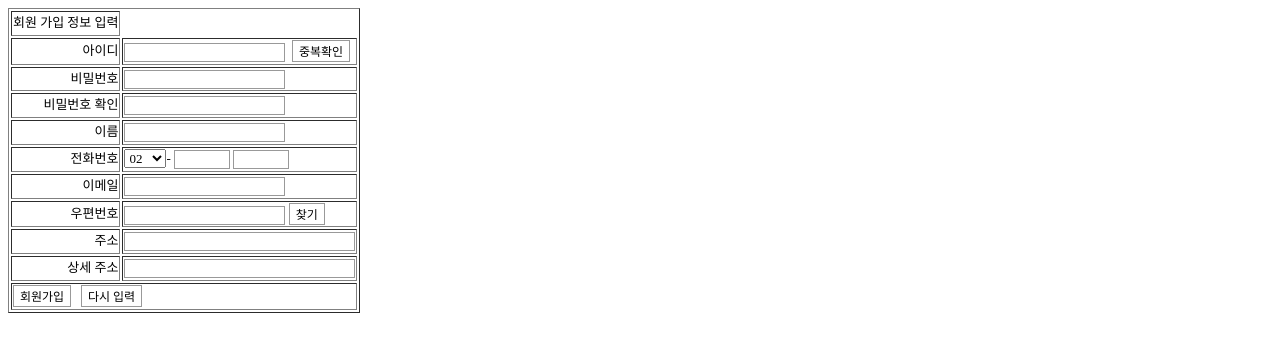
Repository: kr1124/jsp
Page: http://localhost/ServletProject/member/regForm.jsp
These files come from the project's save history. The page is drawn as it stood at one moment and after the next save; the edit follows.
The browser window is 1280 px wide. The pictures show the whole page.
The page is served by Tomcat 9.

Above is the page before, as saved 2024-12-06 04:07:32.
Console error (its wording comes from the project's code and is left out).

After the next save:
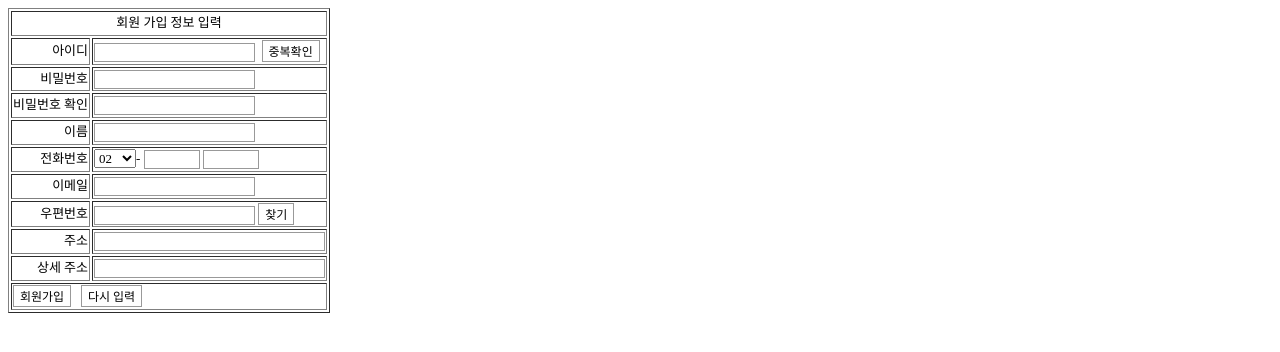
Saved 44 s later.
--- a/ServletProject/src/main/webapp/member/regForm.jsp
+++ b/ServletProject/src/main/webapp/member/regForm.jsp
@@ -10,7 +10,7 @@
 		<form method='post' action='regProc.jsp' name="regForm">
 			<table border="1">
 				<tr>
-					<td colspan="1" align="center">회원 가입 정보 입력</td>
+					<td colspan="2" align="center">회원 가입 정보 입력</td>
 				</tr>
 				<tr>
 					<td align="right">아이디</td>
